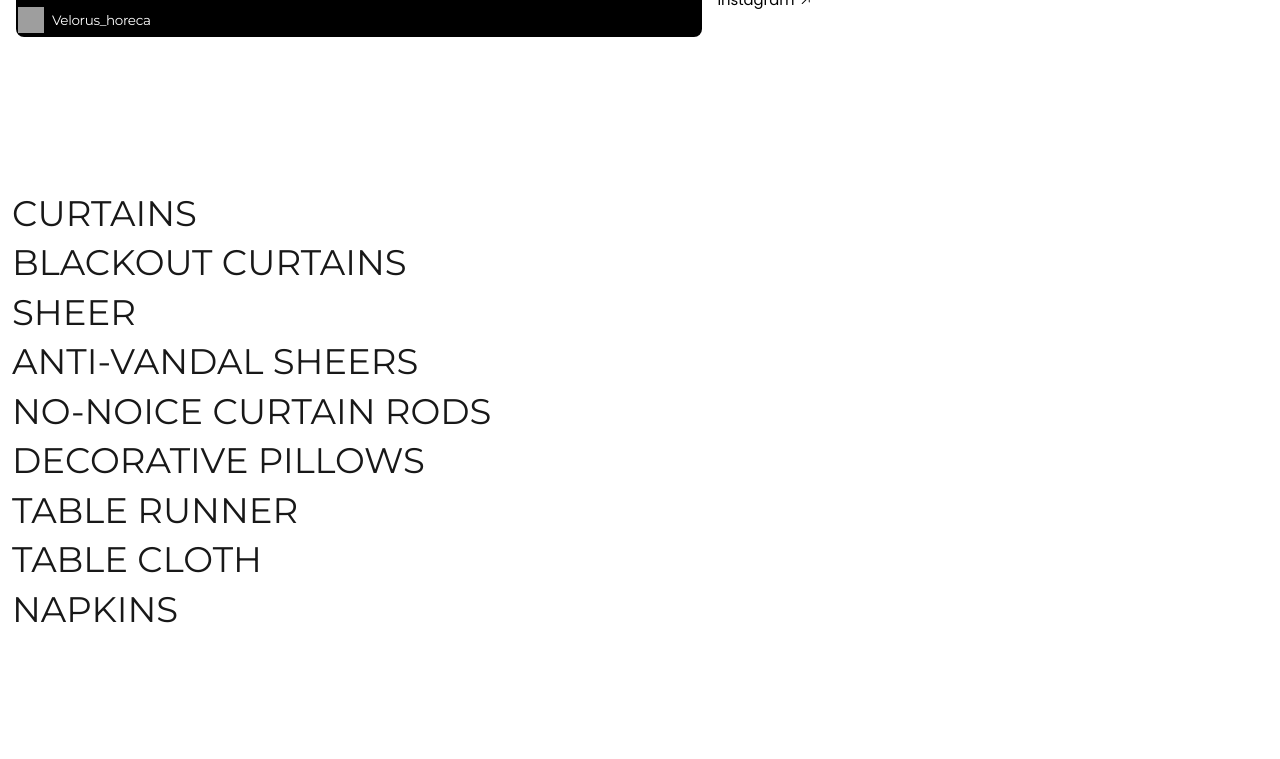
Repository: nikhilsinghrathore1/Shery_02
Page: /
These files come from the project's save history. The page is drawn as it stood at one moment and after the next save; the edit follows.
The browser window is 1280 px wide. The pictures show the part of the page from y = 4475 to 5234 px (the page is 9832 px tall).
Pictures or frames that could not be fetched are drawn as grey boxes. The project was rebuilt for these pictures with package versions that can differ from the ones it lists, and the page was loaded fresh each time. Also part of the build but not shown: vite.config.js.

Above is the page before, as saved 2024-07-19 02:35:51.

After the next save:
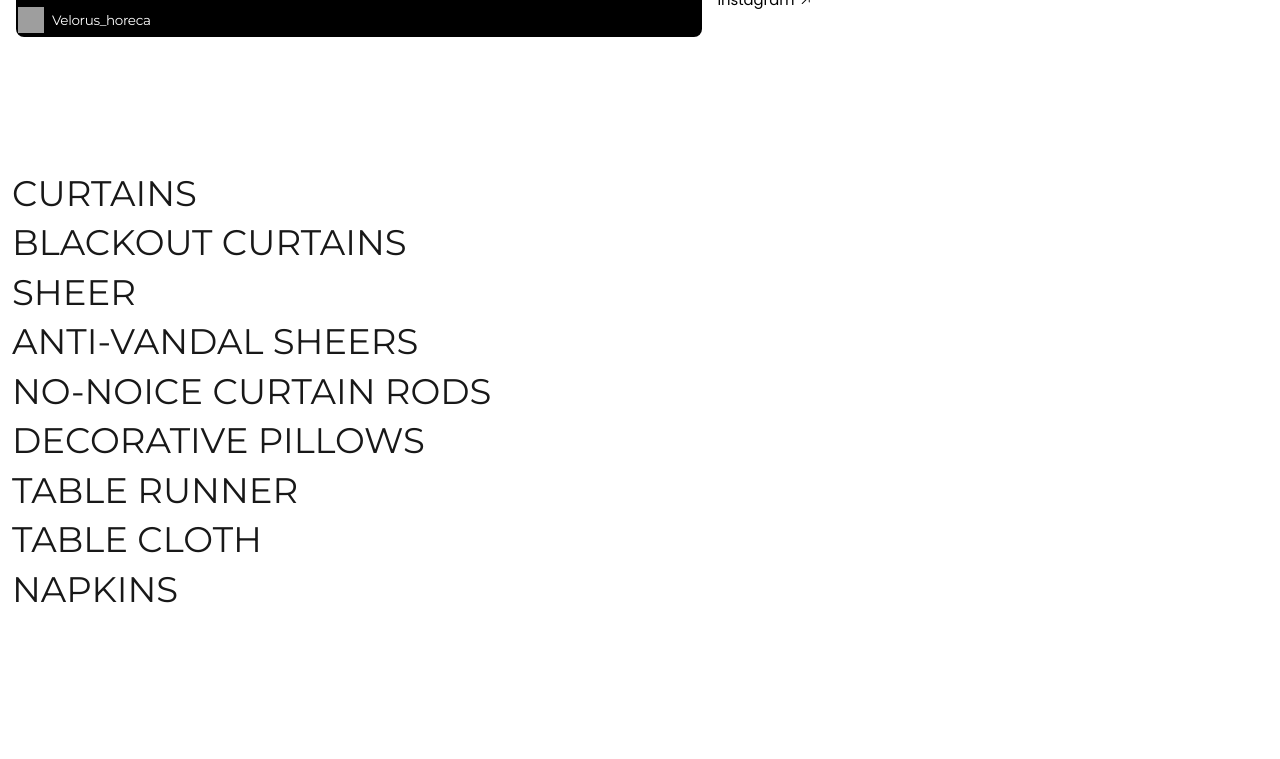
Saved 23 s later.
--- a/src/pages/Landing.jsx
+++ b/src/pages/Landing.jsx
@@ -65,7 +65,7 @@ const Landing = () => {
           <ThirdSection/>
 
                 {/* this is the 3d text area */}
-                <div className='w-full pt-8 sm:pt-5 flex h-[100vh] sm:h-[83vh]'>
+                <div className='w-full pt-8 sm:pt-5 md:pt-0 flex h-[100vh] sm:h-[83vh]'>
                <div className='w-[80%]  uppercase leading-none f1 text-[34px] sm:text-[35.5px] pl-3 opacity-90 tracking  h-full '>
 
                               {Dtext[0].map((e,i)=>( <h1 key={i} className='mt-[14px]'>{e}</h1>))}
